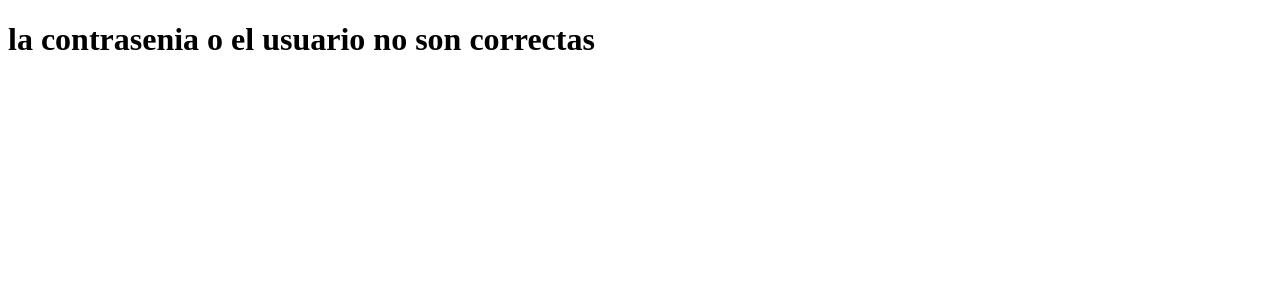
Repository: Josemayo/Nociones.Java
Page: 05_Web/WebContent/error.html
These files come from the project's save history. The page is drawn as it stood at one moment and after the next save; the edit follows.
The browser window is 1280 px wide. The pictures show the whole page.

Above is the page before, as saved 2019-04-25 09:54:18.

After the next save:
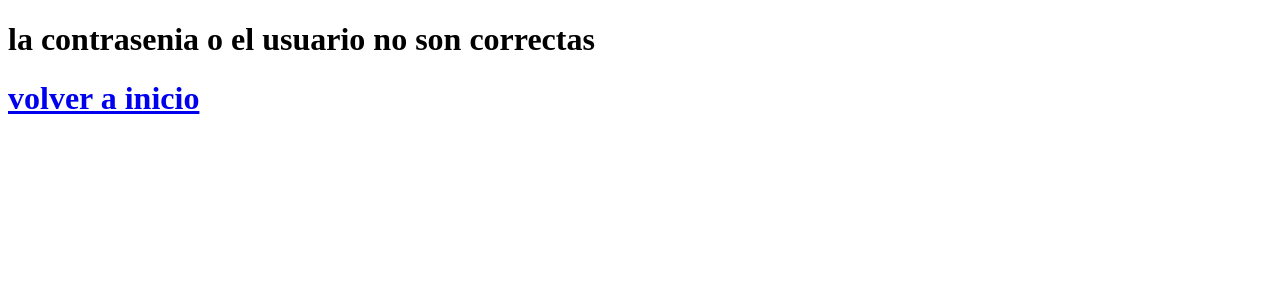
Saved 4 min 58 s later.
--- a/05_Web/WebContent/error.html
+++ b/05_Web/WebContent/error.html
@@ -6,6 +6,7 @@
 </head>
 <body>
 	<h1>la contrasenia o el usuario no son correctas <h1>
+	<a href="inicio.html"> volver a inicio </a>
 
 </body>
 </html>
